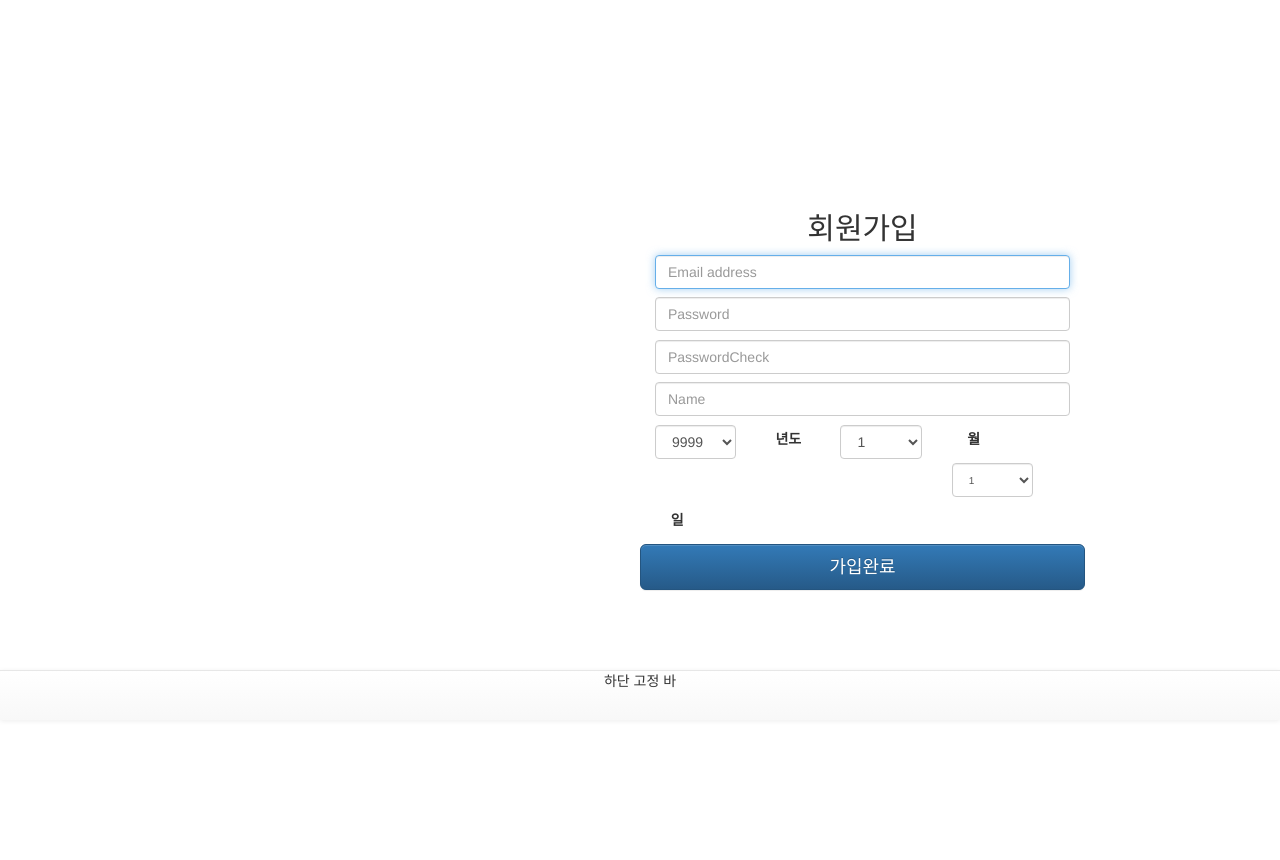
Repository: hrhwbp/Acorn-Final-Project
Page: http://localhost/final_project/index.jsp
These files come from the project's save history. The page is drawn as it stood at one moment and after the next save; the edit follows.
The browser window is 1280 px wide. The pictures show the whole page.
Some web libraries are served in a nearby version. The page is served by Tomcat 9. Nobody is signed in. The application's start-up code is not run.

Above is the page before, as saved 2016-10-26 07:01:45.

After the next save:
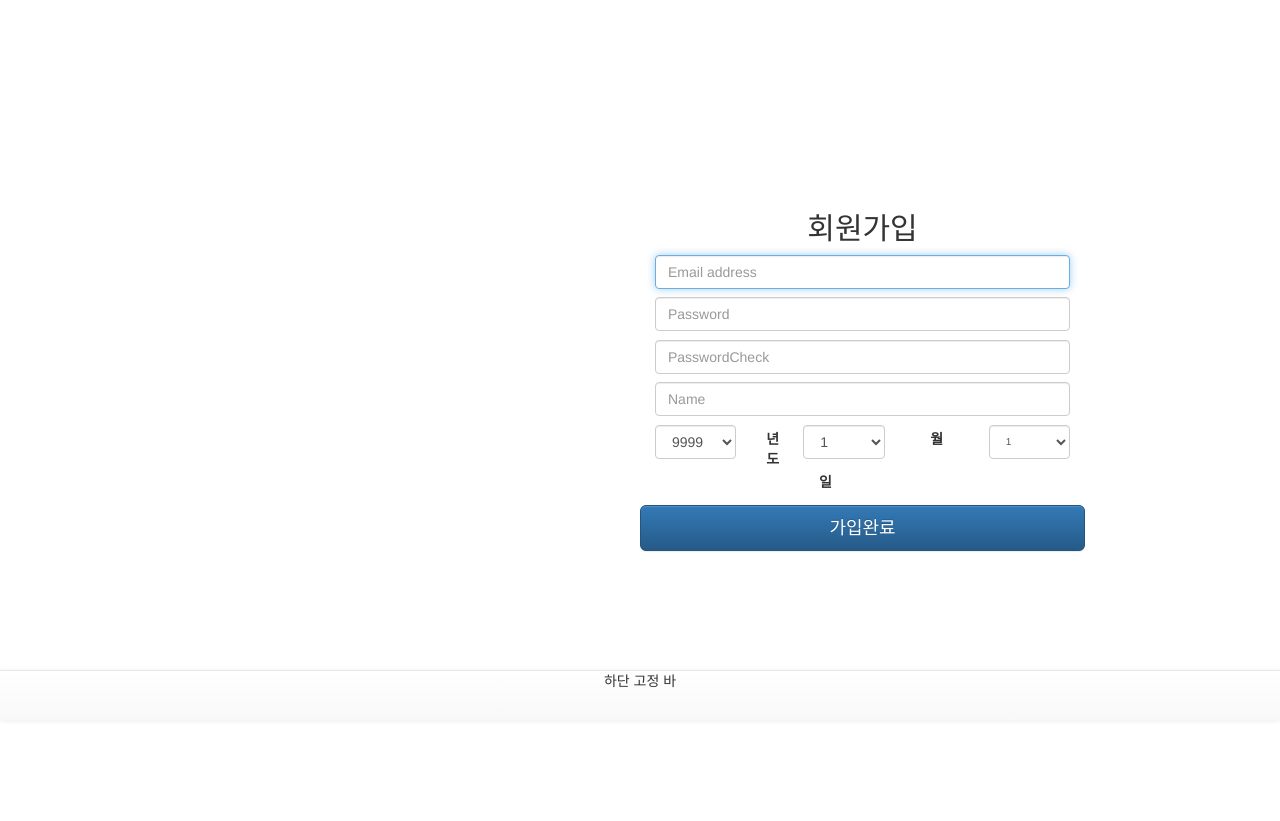
Saved 16 s later.
--- a/final_project/src/main/webapp/index.jsp
+++ b/final_project/src/main/webapp/index.jsp
@@ -90,7 +90,7 @@
 							<option>1115</option>
 						</select>
 					</div>
-					<div class="col-md-2 lbl_pd text-center">
+					<div class="col-md-1 lbl_pd text-center">
 						<label class="">년도</label>
 					</div>
 					<div class="col-md-3 top_pd">

After the save that followed:
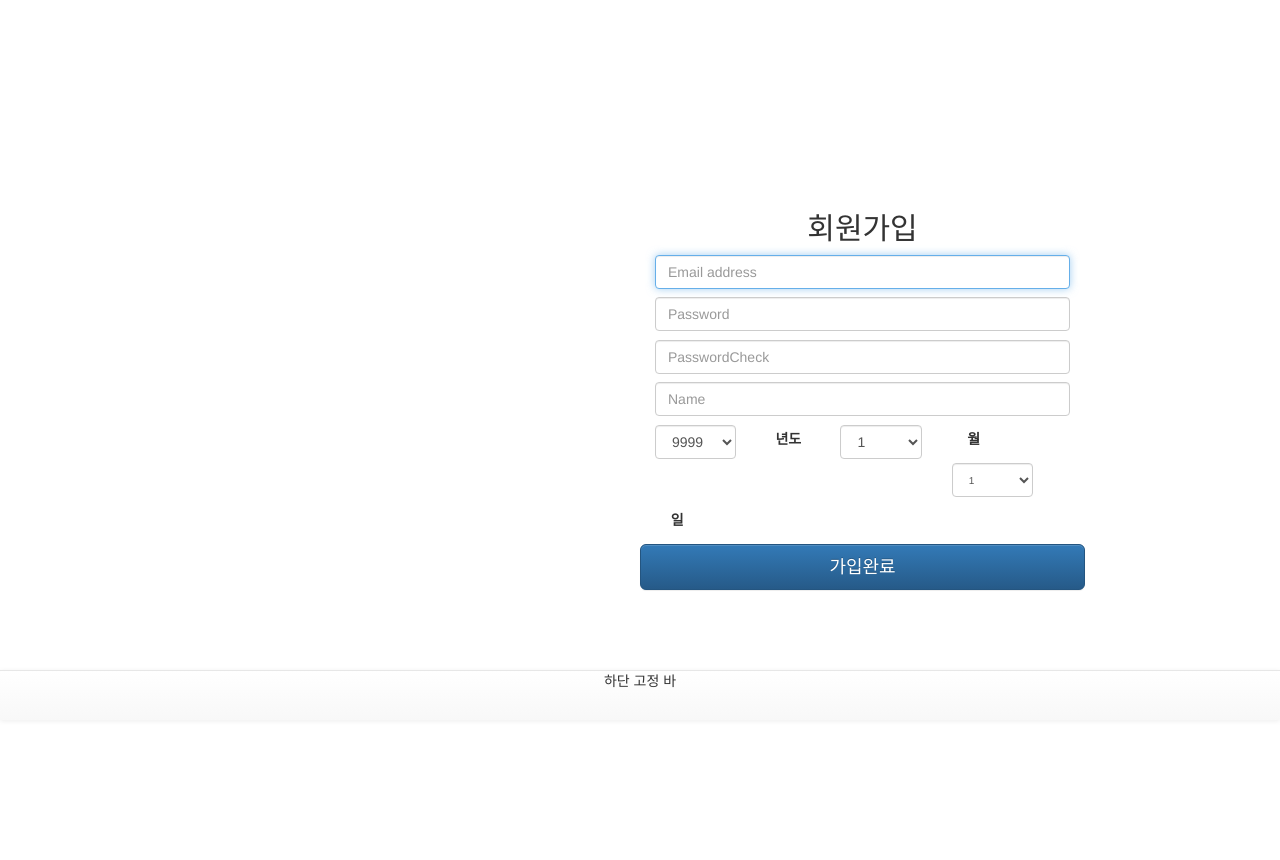
Saved 13 s later.
--- a/final_project/src/main/webapp/index.jsp
+++ b/final_project/src/main/webapp/index.jsp
@@ -90,7 +90,7 @@
 							<option>1115</option>
 						</select>
 					</div>
-					<div class="col-md-1 lbl_pd text-center">
+					<div class="col-md-2 lbl_pd text-center">
 						<label class="">년도</label>
 					</div>
 					<div class="col-md-3 top_pd">
